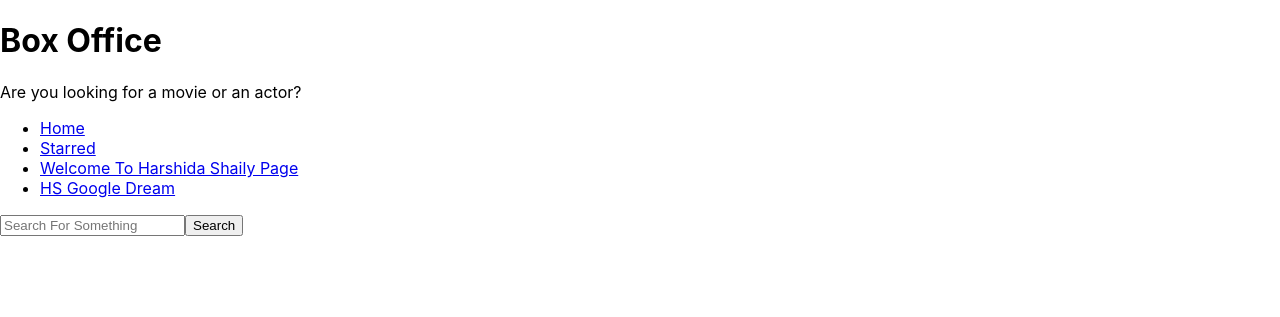
Repository: HARSHIDA18/box-office
Page: /
These files come from the project's save history. The page is drawn as it stood at one moment and after the next save; the edit follows.
The browser window is 1280 px wide. The pictures show the whole page.
The project was rebuilt for these pictures with package versions that can differ from the ones it lists, and the page was loaded fresh each time. A package was used in the major version that the imports need, not the one package.json lists. Also part of the build but not shown: src/pages/Starred.js. Imported but missing from the stored project, and not drawn on this page: src/serviceWorkerRegistration.

Above is the page before, as saved 2022-06-17 23:41:38.

### src/index.js
import React from 'react';
import ReactDOM from 'react-dom';
import { BrowserRouter } from 'react-router-dom';
import './index.css';
import App from './App';
import * as serviceWorker from './serviceWorkerRegistration';

ReactDOM.render(
  <BrowserRouter>
    <App />
  </BrowserRouter>,
  document.getElementById('root')
);

// If you want your app to work offline and load faster, you can change
// unregister() to register() below. Note this comes with some pitfalls.
// Learn more about service workers: https://bit.ly/CRA-PWA
serviceWorker.unregister();

### src/App.js
import React from 'react';
import { Switch, Route } from 'react-router-dom';

import Home from './pages/Home';
import Starred from './pages/Starred';

function App() {
  return (
    <Switch>
      <Route exact path="/">
        <Home />
      </Route>

      <Route exact path="/starred">
        <Starred />
      </Route>

      <Route>
        <div>Not found</div>
      </Route>
    </Switch>
  );
}

export default App;

### src/pages/Home.js
import React, { useState } from 'react';
import MainPageLayout from '../components/MainPageLayout';
import { apiGet } from '../misc/config';

function Home() {
  const [input, setInput] = useState('');
  const [results, setResults] = useState(null);

  const onSearch = () => {
    apiGet(`/search/shows?q=${input}`).then(result => {
      setResults(result);
    });
  };

  const onInputChange = ev => {
    setInput(ev.target.value);
  };

  const onKeyDown = ev => {
    if (ev.keyCode === 13) {
      onSearch();
    }
  };

  const renderResults = () => {
    if (results && results.length === 0) {
      return <div>No results</div>;
    }

    if (results && results.length > 0) {
      return (
        <div>
          {results.map(item => (
            <div key={item.show.id}>{item.show.name}</div>
          ))}
        </div>
      );
    }

    return null;
  };

  return (
    <MainPageLayout>
      <input
        type="text"
        placeholder="Search For Something"
        onChange={onInputChange}
        onKeyDown={onKeyDown}
        value={input}
      />
      <button type="button" onClick={onSearch}>
        Search
      </button>
      {renderResults()}
    </MainPageLayout>
  );
}

export default Home;

### src/components/MainPageLayout.js
import React from 'react';
import Navs from './Navs';
import Title from './Title';

function MainPageLayout({ children }) {
  return (
    <div>
      <Title
        title="Box Office"
        subtitle="Are you looking for a movie or an actor?"
      />
      <Navs />

      {children}
    </div>
  );
}

export default MainPageLayout;

### src/components/Navs.js
import React from 'react';
import { Link } from 'react-router-dom';

const LINKS = [
  { to: '/', text: 'Home' },
  { to: '/starred', text: 'Starred' },
  { to: '/Harshida', text: 'Welcome To Harshida Shaily Page' },
  { to: '/Google', text: 'HS Google Dream' },
];

function Navs() {
  return (
    <div>
      <ul>
        {LINKS.map(item => (
          <li key={item.to}>
            <Link to={item.to}>{item.text}</Link>
          </li>
        ))}
      </ul>
    </div>
  );
}

export default Navs;

### src/components/Title.js
import React from 'react';

function Title({ title, subtitle }) {
  return (
    <div>
      <h1>{title}</h1>
      <p>{subtitle}</p>
    </div>
  );
}

export default Title;

Loaded but not shown: public/index.html (common file); src/index.css (common file); src/misc/config.js (common file)

After the next save:
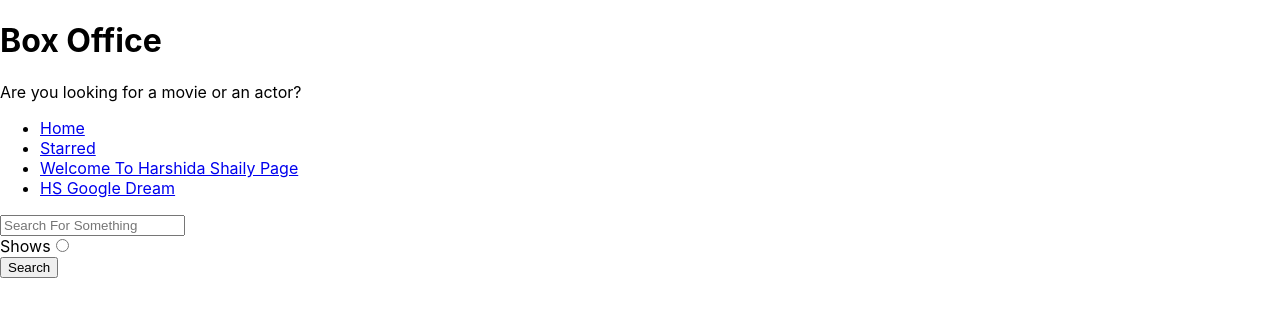
Saved 3 min 42 s later.
--- a/src/pages/Home.js
+++ b/src/pages/Home.js
@@ -1,3 +1,4 @@
+/* eslint-disable jsx-a11y/label-has-associated-control */
 import React, { useState } from 'react';
 import MainPageLayout from '../components/MainPageLayout';
 import { apiGet } from '../misc/config';
@@ -49,6 +50,12 @@ function Home() {
         onKeyDown={onKeyDown}
         value={input}
       />
+      <div>
+        <label>
+          Shows
+          <input type="radio" />
+        </label>
+      </div>
       <button type="button" onClick={onSearch}>
         Search
       </button>
